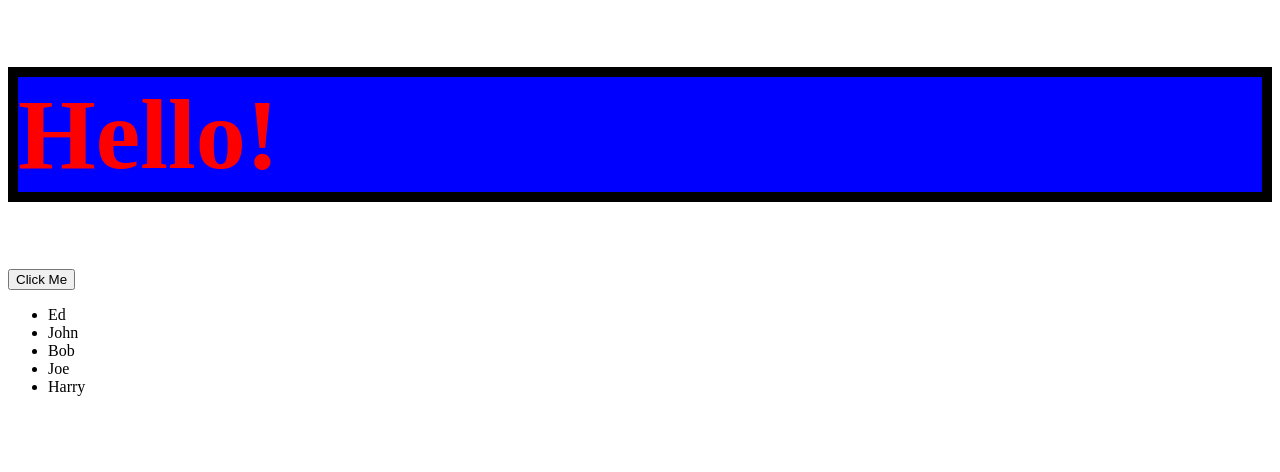
Repository: jnguyen113/DOM-Manipulation
Page: index.html
The author's editor kept a copy of each file at every save. The page is drawn from the files as they stood at one save, then again after a run of saves.
The browser window is 1280 px wide. The pictures show the whole page.

Above is the page before, as saved 2020-06-12 11:09:00.

### index.html
<!DOCTYPE html>
<html>
<link rel="stylesheet" href="style.css">
<body>
    <h1 class="title">Hello!</h1>
    <button class = "changeColor">Click Me</button>

    <ul class="name-list">
        <li>Ed</li>
        <li>John</li>
        <li>Bob</li>
        <li>Joe</li>
        <li>Harry</li>

    </ul>
</body>
<script src="main.js"></script>

</html>

### style.css
.change{
    color: lightblue;
    font-size: 100px;
    border: 10px solid black;

}

### main.js
const text = document.querySelector('.title');
const changeColor = document.querySelector('.changeColor');
// changeColor.addEventListener('click', function(){
//     text.classList.toggle("change");
// })
const userList = document.querySelectorAll('.name-list li');
    console.log(userList);
for(user of userList){
    user.addEventListener('click',function(){
        this.style.color = 'red';
    });


}
text.style.color = 'red';
text.style.backgroundColor = 'blue';
text.classList.add("change");

After the next 5 saves:
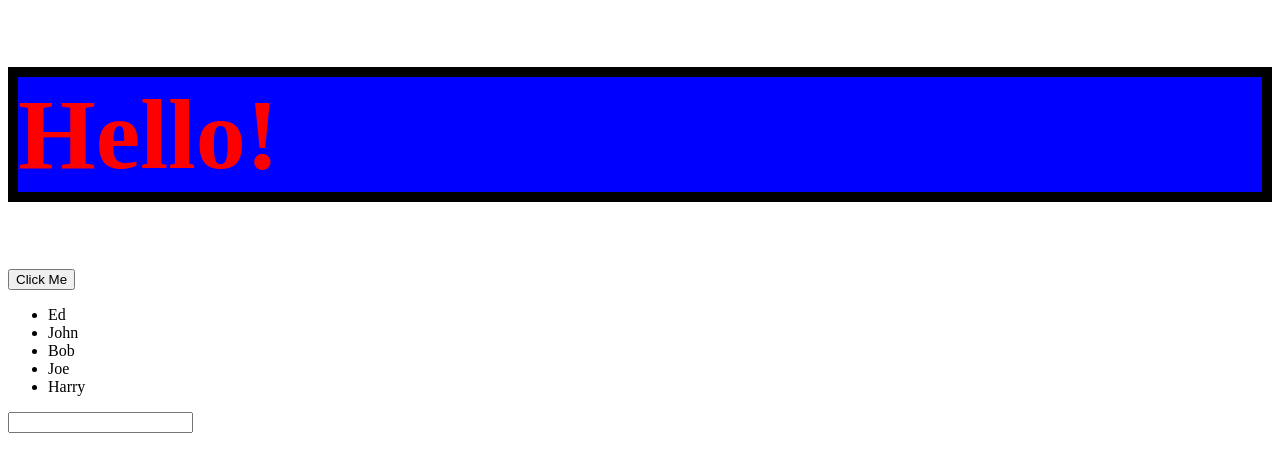
The 5 saves are shown as one change because they came seconds apart.
The last was saved 33 s later.
--- a/index.html
+++ b/index.html
@@ -13,6 +13,7 @@
         <li>Harry</li>
 
     </ul>
+    <input class="list-input">
 </body>
 <script src="main.js"></script>
 
